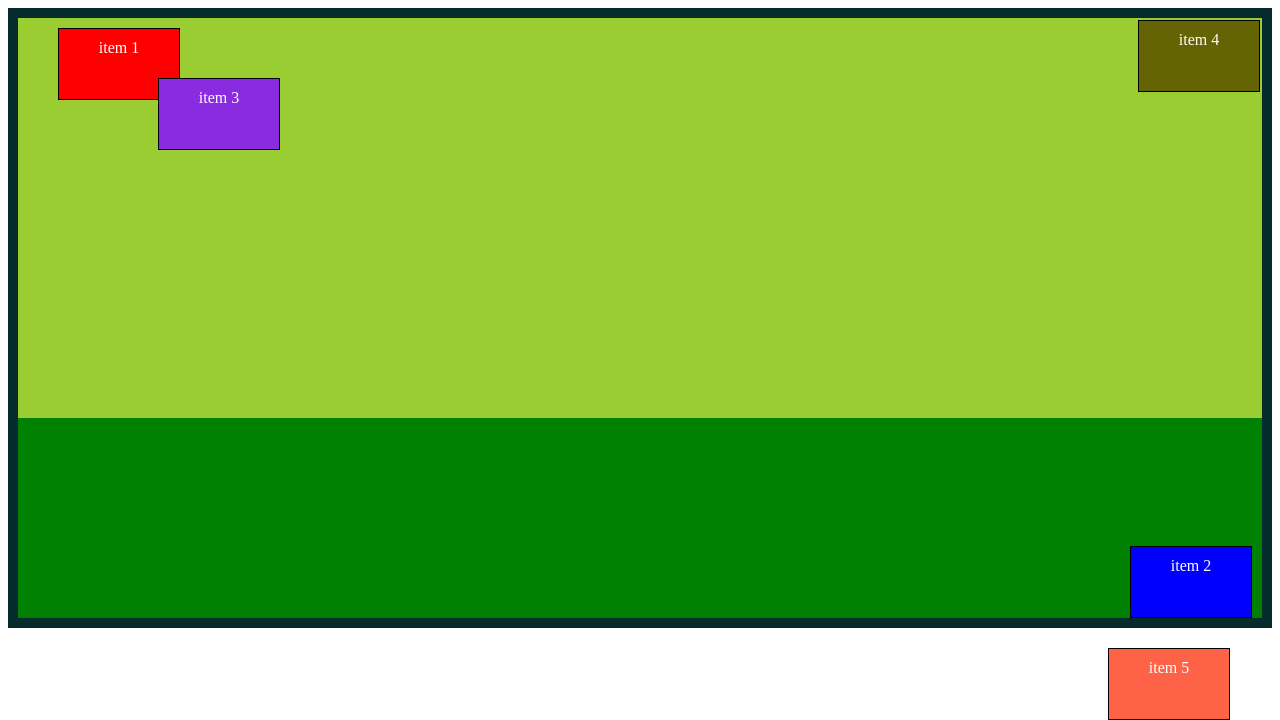
Repository: nmaury/TpsCambodge
Page: InternetProgramming/Css/sample.html
The author's editor kept a copy of each file at every save. The page is drawn from the files as they stood at one save, then again after the next save.
The browser window is 1280 px wide. The pictures show the whole page.

Above is the page before, as saved 2022-12-06 03:01:20.

After the next save:
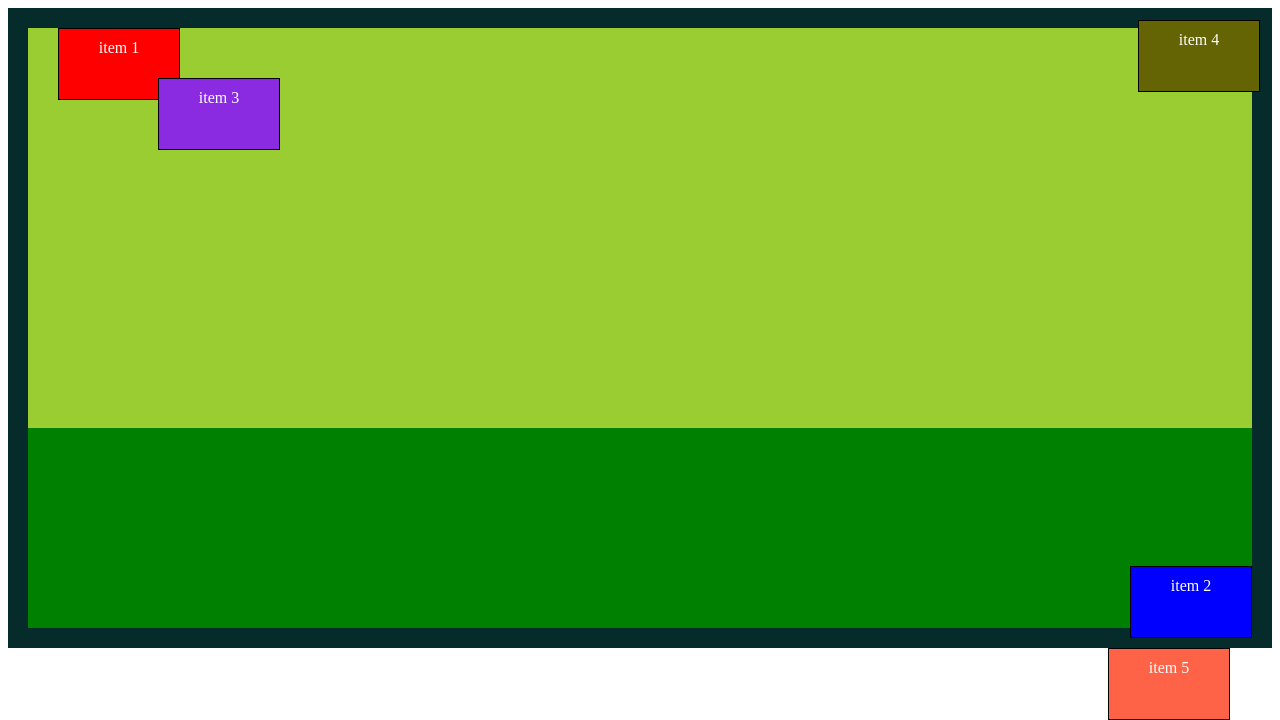
Saved 4 s later.
--- a/InternetProgramming/Css/sample.css
+++ b/InternetProgramming/Css/sample.css
@@ -47,6 +47,6 @@
 }
 .grand-parent{
     background-color: rgb(6,43,43);
-    padding: 10px;
+    padding: 20px;
     position: relative;
 }
